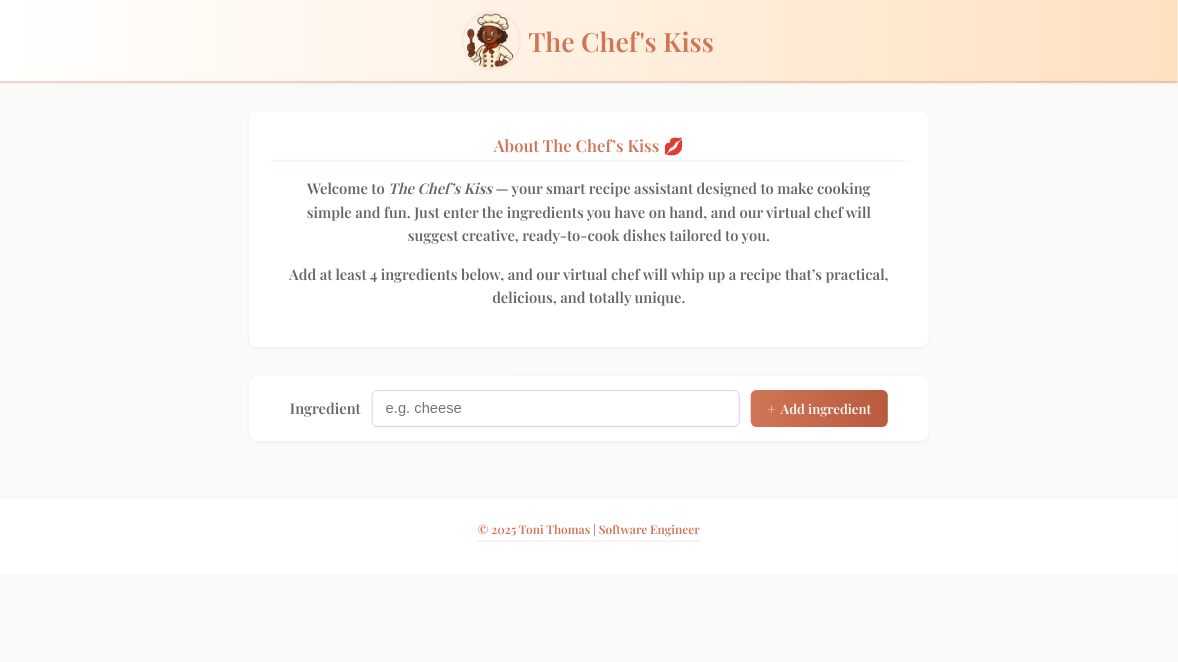
Repository: DiyBookOfLife/the-chefs-kiss
Page: /
The author's editor kept a copy of each file at every save. The page is drawn from the files as they stood at one save, then again after the next save.
The browser window is 1280 px wide. The pictures show the whole page, at 92% of full size.
The project was rebuilt for these pictures with package versions that can differ from the ones it lists, and the page was loaded fresh each time. Also part of the build but not shown: vite.config.js, src/ai.js, src/components/RecipeResponse.jsx.

Above is the page before, as saved 2025-11-26 18:11:01.

After the next save:
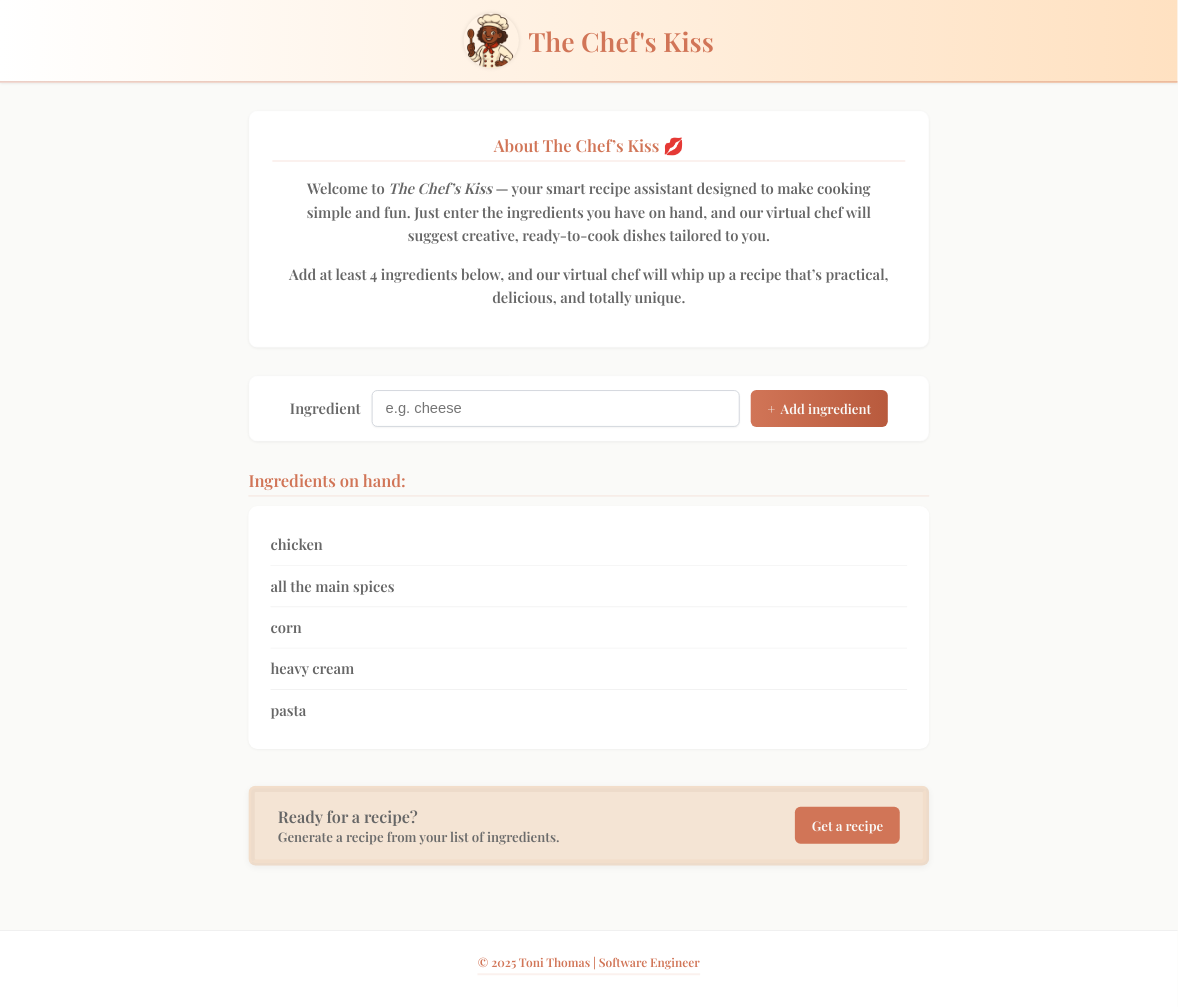
Saved 113 s later.
--- a/src/components/Body.jsx
+++ b/src/components/Body.jsx
@@ -5,7 +5,13 @@
 import AboutChefsKiss from "./AboutChefsKiss.jsx";
 
 export default function Body() {
-  const [ingredients, setIngredients] = React.useState([]);
+  const [ingredients, setIngredients] = React.useState([
+    "chicken",
+    "all the main spices",
+    "corn",
+    "heavy cream",
+    "pasta",
+  ]);
 
   const [recipe, setRecipe] = React.useState("");
 

After the 3 saves that followed:
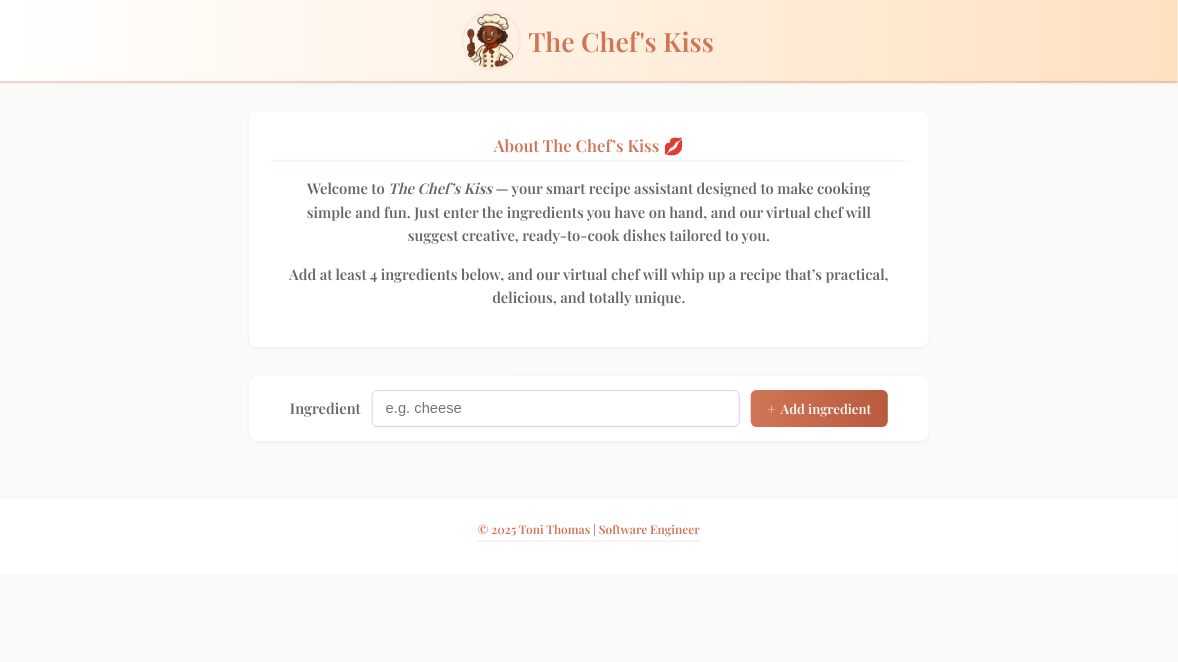
The 3 saves are shown as one change because 2 left the picture as it was.
The last was saved 2 min 53 s later.
--- a/src/components/Body.jsx
+++ b/src/components/Body.jsx
@@ -5,13 +5,7 @@
 import AboutChefsKiss from "./AboutChefsKiss.jsx";
 
 export default function Body() {
-  const [ingredients, setIngredients] = React.useState([
-    "chicken",
-    "all the main spices",
-    "corn",
-    "heavy cream",
-    "pasta",
-  ]);
+  const [ingredients, setIngredients] = React.useState([]);
 
   const [recipe, setRecipe] = React.useState("");
 
